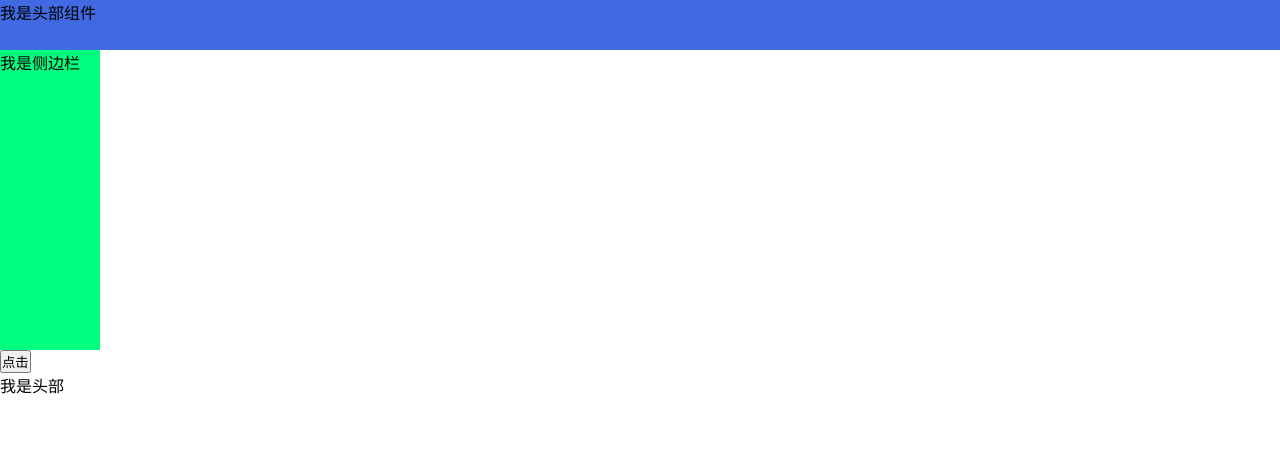
Repository: wujingwenwu/lianxi
Page: /child
These files come from the project's save history. The page is drawn as it stood at one moment and after the next save; the edit follows.
The browser window is 1280 px wide. The pictures show the whole page.
The project was rebuilt for these pictures with package versions that can differ from the ones it lists, and the page was loaded fresh each time. Also part of the build but not shown: src/views/Home.vue.

Above is the page before, as saved 2020-06-04 22:18:37.

After the next save:
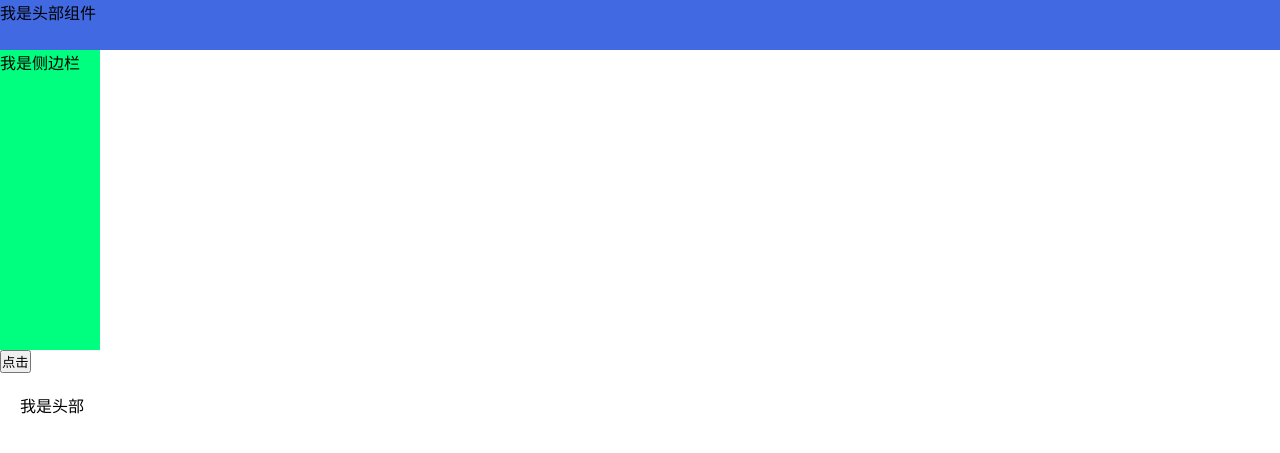
Saved 36 s later.
--- a/src/views/child/Child.vue
+++ b/src/views/child/Child.vue
@@ -1,6 +1,6 @@
 <template>
  <div>
-   <div>我是头部</div>
+   <div class="item2">我是头部</div>
  </div>
 </template>
 
@@ -34,5 +34,8 @@
 </script>
 
 <style scoped lang='scss'>
-
+.item2{
+    margin-left: 20px;
+    margin-top: 20px;
+}
 </style>
